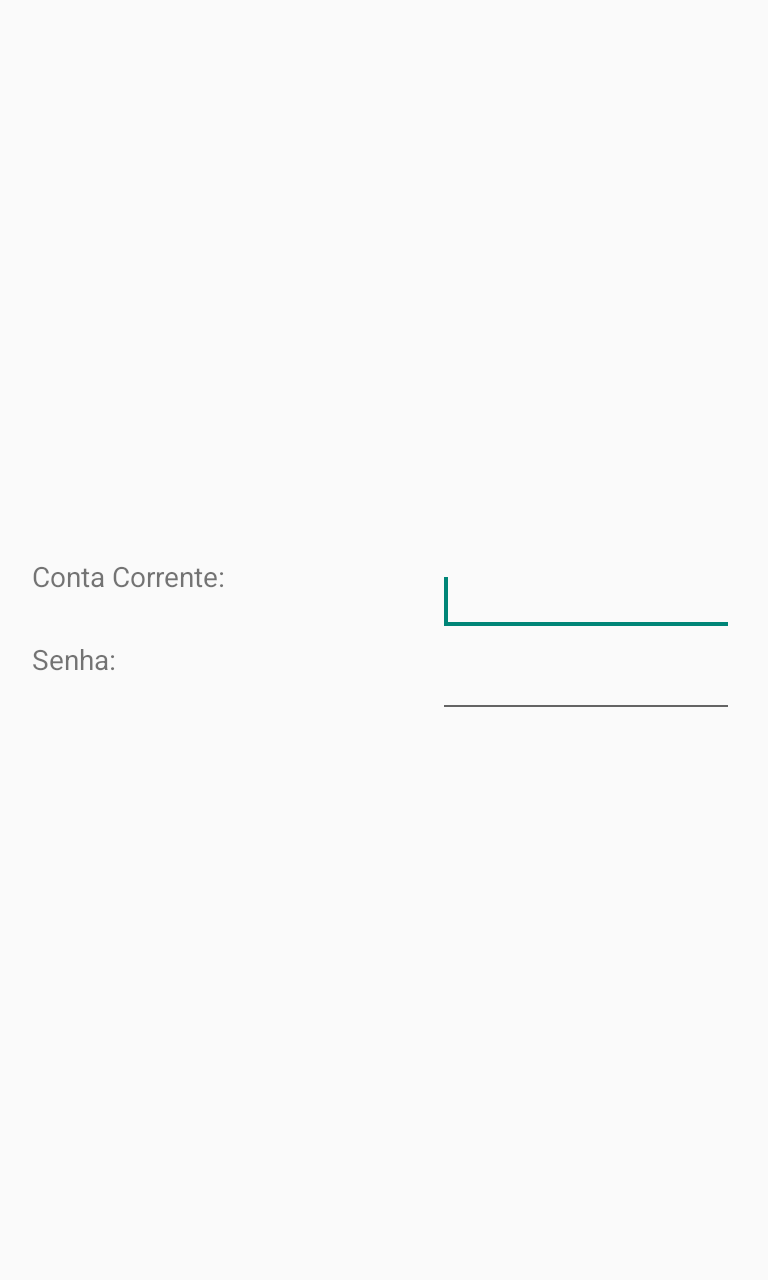
Repository: Desafio/Gerenciador-de-Conta-Corrente
Layout: GerenciadorDeConta/res/layout/fragment_login.xml
These files come from the project's save history. The layout is drawn as it stood at one moment and after the next save; the edit follows.
It is drawn on a 768 x 1280 px phone screen (xhdpi) without system bars, with theme AppTheme; the app's code is not run.

Above is the layout before, as saved 2014-04-05 04:04:02.

After the next save:
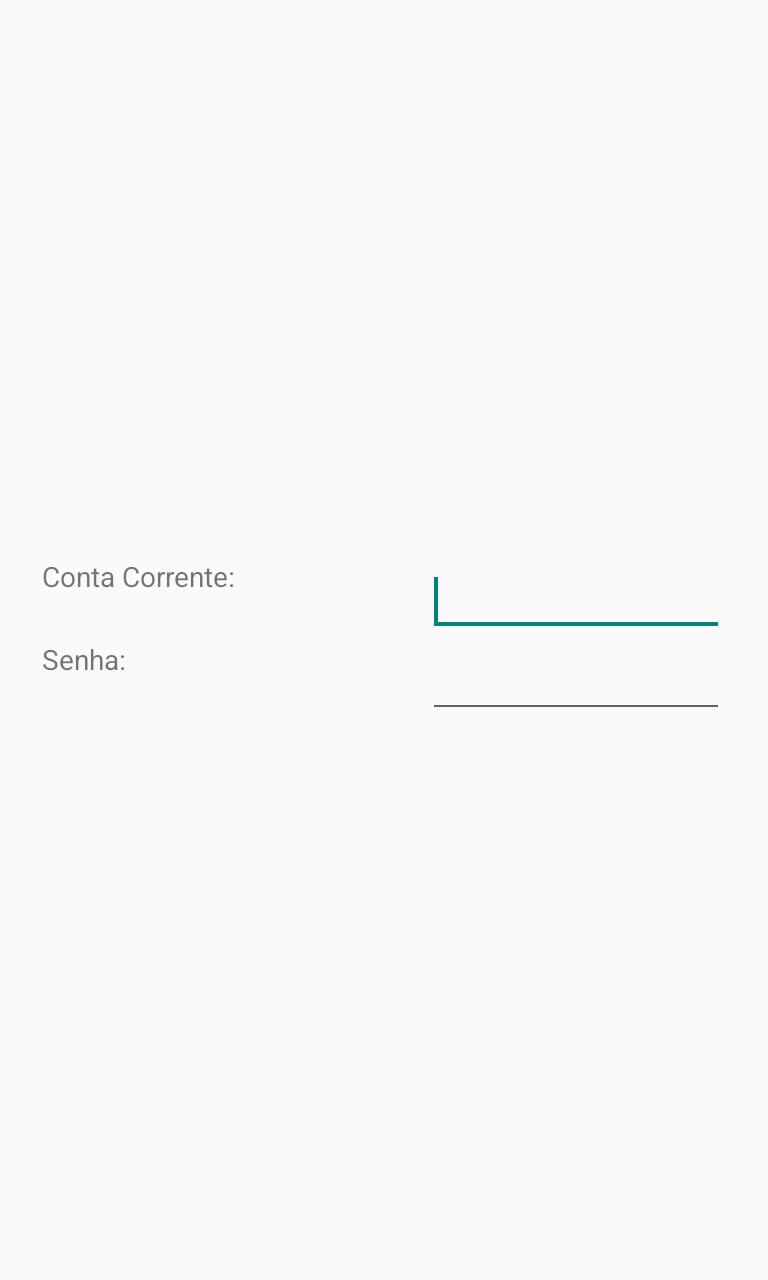
Saved 31 s later.
--- a/GerenciadorDeConta/res/layout/fragment_login.xml
+++ b/GerenciadorDeConta/res/layout/fragment_login.xml
@@ -12,7 +12,9 @@
         android:layout_width="wrap_content"
         android:layout_height="wrap_content"
         android:layout_centerInParent="true"
-        android:orientation="vertical" >
+        android:orientation="vertical"
+        android:paddingLeft="5dp"
+        android:paddingRight="5dp" >
 
         <RelativeLayout
             android:layout_width="wrap_content"
